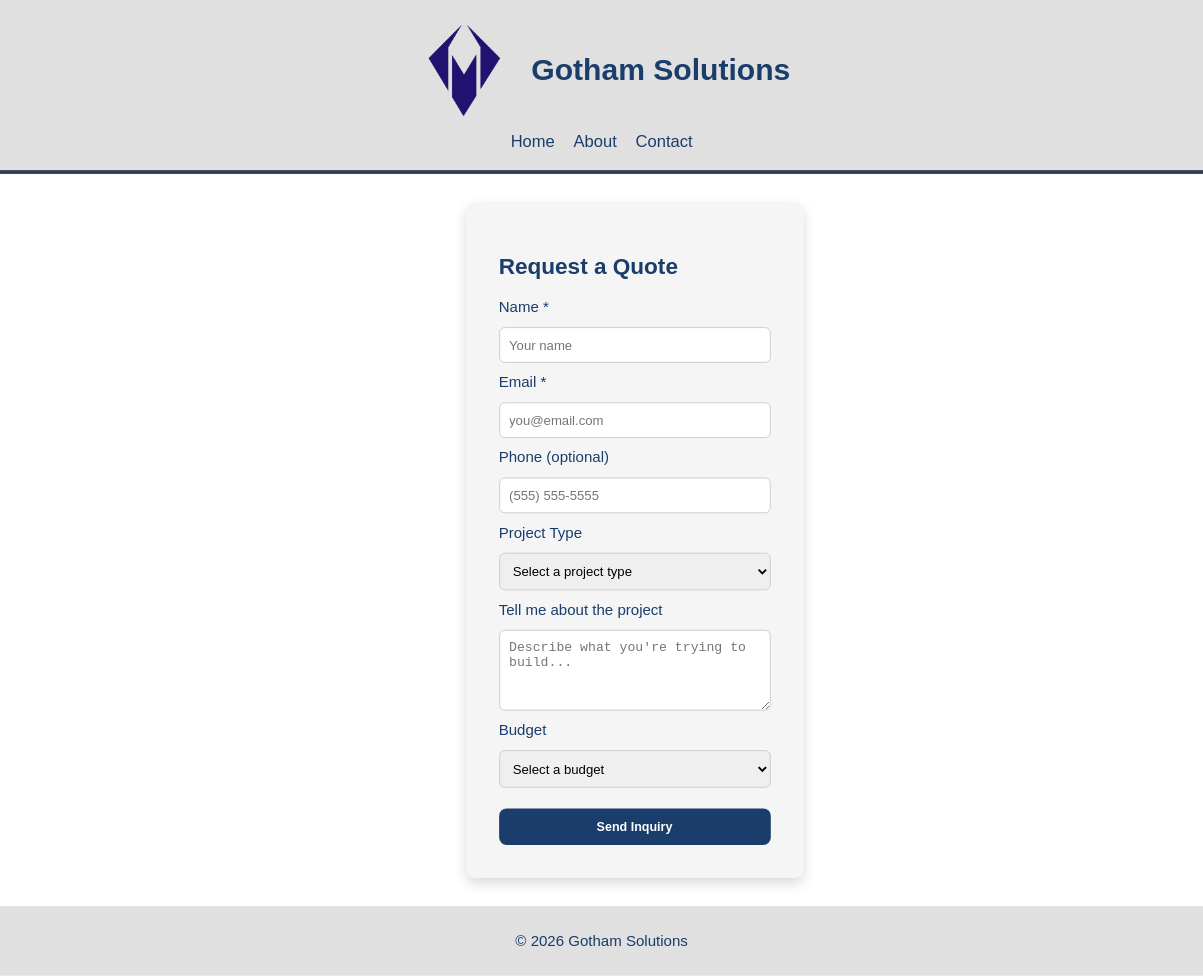
Repository: kmm569/gothamsolutions
Page: contact.html
These files come from the project's save history. The page is drawn as it stood at one moment and after the next save; the edit follows.
The browser window is 1280 px wide. The pictures show the whole page, at 94% of full size.

Above is the page before, as saved 2026-03-06 13:17:31.

### contact.html
<!DOCTYPE html>
<html lang="en">

<head>

	<meta charset="UTF-8">
	<meta name="viewport" content="width=device-width, initial-scale=1.0">

	<title>Contact - Gotham Solutions</title>

	<link rel="stylesheet" href="styles.css">
<link rel="icon" href="./icons/favicon.ico">
</head>

<body>

<header>

	<div class="logo-container">
		<img src="LogoSolo.png" alt="Gotham Solutions Logo" class="logo">
		<h1>Gotham Solutions</h1>
	</div>

	<nav>
		<ul>
			<li><a href="index.html" class="nav-link">Home</a></li>
			<li><a href="about.html" class="nav-link">About</a></li>
			<li><a href="contact.html" class="nav-link">Contact</a></li>
		</ul>
	</nav>

</header>

<main>
<section class="contact-section">
<div class="form-card">

<h2>Request a Quote</h2>

<form id="contactForm">

	<label>Name *</label>
	<input
		type="text"
		name="name"
		required
		minlength="2"
		placeholder="Your name"
	>

	<label>Email *</label>
	<input
		type="email"
		name="email"
		required
		placeholder="you@email.com"
	>

	<label>Phone (optional)</label>
	<input
		type="tel"
		name="phone"
		pattern="[0-9+\-\(\)\s]{7,}"
		placeholder="(555) 555-5555"
	>

	<label>Project Type</label>
	<select name="projectType">

		<option value="">Select a project type</option>
		<option>Google Sheets Dashboard</option>
		<option>Spreadsheet Automation</option>
		<option>Workflow Tracker</option>
		<option>Data Cleanup / Organization</option>
		<option>Other</option>

	</select>

	<label>Tell me about the project</label>

	<textarea
		name="details"
		rows="4"
		placeholder="Describe what you're trying to build..."
	></textarea>

	<label>Budget</label>

	<select name="budget">

		<option value="">Select a budget</option>
		<option>Unsure</option>
		<option>Under $50</option>
		<option>$50 – $150</option>
		<option>$150 – $500</option>
		<option>$500+</option>

	</select>

	<input type="hidden" name="template" id="templateField">
	<input type="hidden" name="source" id="sourceField">

	<button type="submit" class="submit-button">
		Send Inquiry
	</button>

</form>

<div id="formMessage"></div>

</div>
</section>
</main>

<footer>
	<p>&copy; 2026 Gotham Solutions</p>
</footer>

<script>

const scriptURL = "https://script.google.com/macros/s/AKfycbxc9_hlQCGvBhvR8CTxNIYGdBt7pfNBy3m51jCEInJPqs_rvo7NSJcQvLVQ2DQR7OGX/exec";

const form = document.getElementById("contactForm");
const templateField = document.getElementById("templateField");
const sourceField = document.getElementById("sourceField");
const messageBox = document.getElementById("formMessage");

const params = new URLSearchParams(window.location.search);

const storedTemplate = sessionStorage.getItem("template");
const storedSource = sessionStorage.getItem("source");

if (params.has("template")) {
	templateField.value = params.get("template");
	sessionStorage.setItem("template", params.get("template"));
} else if (storedTemplate) {
	templateField.value = storedTemplate;
}

if (params.has("source")) {
	sourceField.value = params.get("source");
	sessionStorage.setItem("source", params.get("source"));
} else if (storedSource) {
	sourceField.value = storedSource;
} else {
	sourceField.value = "Website";
}

let submitting = false;

form.addEventListener("submit", function(e){

	if(submitting){
		return;
	}

	submitting = true;

	e.preventDefault();

	const submitBtn = form.querySelector("button");
	submitBtn.disabled = true;
	submitBtn.textContent = "Sending...";

	const formData = new FormData(form);
	const data = Object.fromEntries(formData.entries());

	e.preventDefault();

	fetch(scriptURL, {
		method: "POST",
		mode: "no-cors",
		body: formData
	})
	.then(() => {

	setTimeout(()=>{
		submitting = false;
		submitBtn.disabled = false;
		submitBtn.textContent = "Send Inquiry";
	},60000);

	form.style.display = "none";

		messageBox.style.display = "block";
		messageBox.innerHTML =
			"<strong>Thanks! Your inquiry has been sent.</strong><br>I usually respond within 24 hours.";

	})
	.catch(err => {

		console.error(err);

		messageBox.style.display = "block";
		messageBox.innerHTML =
			"Something went wrong. Please try again.";

	});

});

</script>

</body>
</html>

### styles.css
body{
	background:#ffffff;
	color:#1A3D6B;
	font-family:Arial, sans-serif;
	margin:0;
	padding:0;
	display:flex;
	flex-direction:column;
	min-height:100vh;
}

header{
	background:#E0E0E0;
	padding:20px;
	border-bottom:4px solid #2C3E50;
	display:flex;
	flex-direction:column;
	align-items:center;
}

.logo-container{
	display:flex;
	align-items:center;
	gap:16px;
	margin-bottom:10px;
}

.logo{
	width:110px;
}

nav ul{
	list-style:none;
	display:flex;
	gap:20px;
	padding:0;
	margin:0;
}

.nav-link{
	text-decoration:none;
	color:#1A3D6B;
	font-size:1.1em;
}

.nav-link:hover{
	color:#16A085;
}

main{
	flex:1;
	padding:30px 20px;
	max-width:1100px;
	margin:auto;
}


/* HERO */

.hero{
	text-align:center;
	margin-bottom:50px;
}

.hero h2{
	font-size:2em;
	margin-bottom:15px;
}

.hero-text{
	max-width:650px;
	margin:auto;
	font-size:1.1em;
	line-height:1.5;
}

.hero-buttons{
	margin-top:20px;
	display:flex;
	gap:15px;
	justify-content:center;
	flex-wrap:wrap;
}


/* BUTTONS */

.button-primary{
	background:#1A3D6B;
	color:white;
	padding:12px 24px;
	border-radius:8px;
	text-decoration:none;
	font-weight:bold;
}

.button-secondary{
	background:#16A085;
	color:white;
	padding:12px 24px;
	border-radius:8px;
	text-decoration:none;
	font-weight:bold;
}


/* SERVICES */

.services{
	margin-bottom:50px;
}

.services h2{
	text-align:center;
	margin-bottom:25px;
}

.service-grid{
	display:grid;
	grid-template-columns:repeat(auto-fit,minmax(220px,1fr));
	gap:20px;
}

.service-card{
	background:#F5F5F5;
	padding:20px;
	border-radius:10px;
	box-shadow:0 4px 10px rgba(0,0,0,0.1);
}


/* PROCESS */

.process{
	margin-bottom:20px;
}

.process h2{
	text-align:center;
	margin-bottom:25px;
}

.process-grid{
	display:grid;
	grid-template-columns:repeat(auto-fit,minmax(220px,1fr));
	gap:20px;
}

.process-step{
	background:#F5F5F5;
	padding:20px;
	border-radius:10px;
	box-shadow:0 4px 10px rgba(0,0,0,0.1);
}


/* CTA */

.cta{
	text-align:center;
	background:#F5F5F5;
	padding:30px;
	border-radius:10px;
	max-width:700px;
	margin:0 auto;
}


.cta p{
	max-width:600px;
	margin:10px auto 20px auto;
}




/* FORM */

.form-card{
	background:#F5F5F5;
	padding:35px;
	border-radius:10px;
	box-shadow:0 6px 14px rgba(0,0,0,0.15);

	max-width:640px;
	width:100%;
}

.form-card form{
	width:100%;
}

form{
	display:flex;
	flex-direction:column;
	gap:12px;
}

input,
select,
textarea{
	padding:10px;
	border-radius:6px;
	border:1px solid #ccc;
	font-size:14px;
}

.submit-button{
	margin-top:10px;
	padding:12px;
	border:none;
	background:#1A3D6B;
	color:white;
	font-weight:bold;
	border-radius:8px;
	cursor:pointer;
}

.submit-button:hover{
	background:#163457;
}

/* WHY SECTION */

.why-section{
	margin-top:50px;
	background:#F5F5F5;
	padding:30px;
	border-radius:10px;
	box-shadow:0 4px 10px rgba(0,0,0,0.1);
}

.why-section h2{
	text-align:center;
	margin-bottom:10px;
}

.why-section > p{
	text-align:center;
	max-width:650px;
	margin:0 auto 25px auto;
}

footer{
	background:#E0E0E0;
	padding:12px;
	text-align:center;
}

/* WHY GOTHAM SOLUTIONS LIST */

.about-points{
	list-style:none;
	padding:0;
	margin-top:20px;

	display:flex;
	flex-direction:column;
	gap:18px;
}

.about-points li{
	position:relative;
	padding-left:34px;
	line-height:1.5;
}

.about-points li::before{
	content:"";

	position:absolute;
	left:0;
	top:3px;

	width:16px;
	height:16px;

	background-color:#2C3E50;

	mask:url("/icons/target.svg") no-repeat center;
	mask-size:contain;

	-webkit-mask:url("/icons/target.svg") no-repeat center;
	-webkit-mask-size:contain;
}

After the next save:
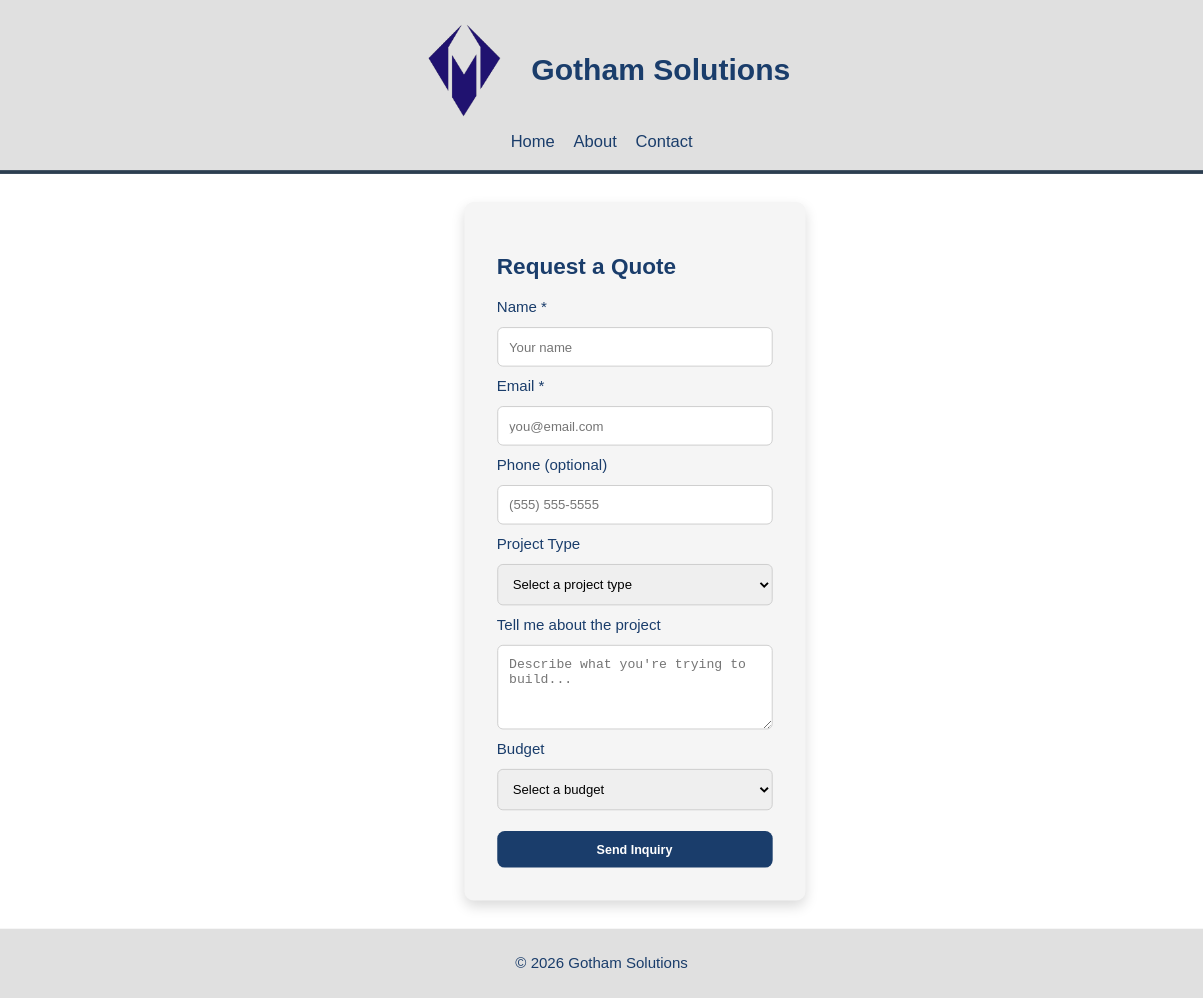
Saved 21 s later.
--- a/styles.css
+++ b/styles.css
@@ -220,6 +220,17 @@ textarea{
 	background:#163457;
 }
 
+input,
+select,
+textarea{
+	width:100%;
+	padding:12px;
+	border-radius:6px;
+	border:1px solid #ccc;
+	font-size:14px;
+	box-sizing:border-box;
+}
+
 /* WHY SECTION */
 
 .why-section{
